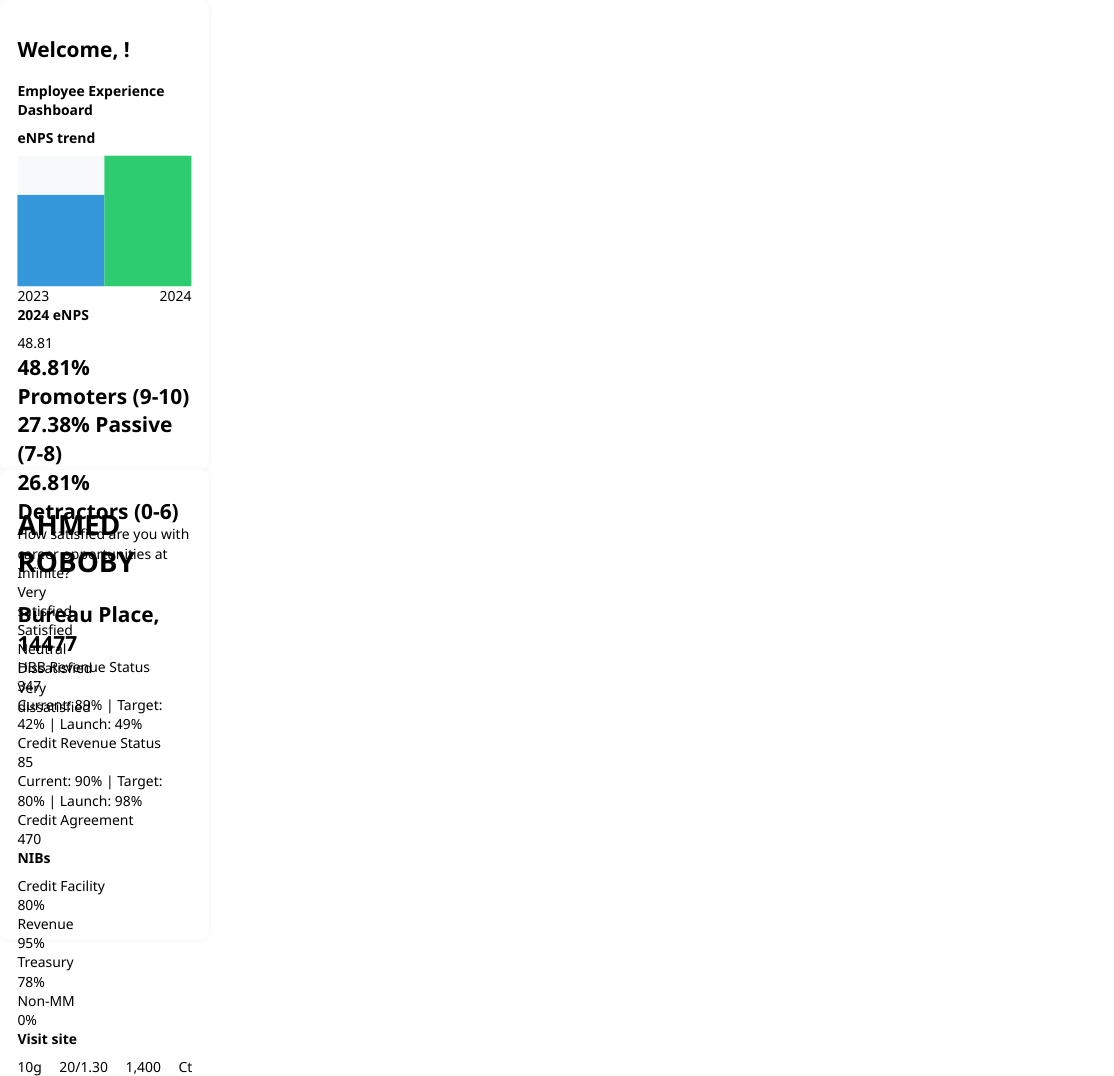
Repository: Ramaryal33/Airline-Management-System
Page: http://localhost/Airline_Management_System/WEB-INF/page/staffDashboard.jsp
The author's editor kept a copy of each file at every save. The page is drawn from the files as they stood at one save, then again after the next save.
The browser window is 1280 px wide. The pictures show the whole page, at 87% of full size.
The page is served by Tomcat 10. Nobody is signed in. Other server files are loaded and not shown. The template is opened directly, without the code that normally fills it, so the values that code supplies are empty.

Above is the page before, as saved 2025-05-02 00:06:17.

### Airline_Management_System/src/main/webapp/WEB-INF/page/staffDashboard.jsp
<%@ page language="java" contentType="text/html; charset=UTF-8" pageEncoding="UTF-8"%>
<!DOCTYPE html>
<html>
<head>
    <meta charset="UTF-8">
    <title>Staff Dashboard</title>
   <link rel="stylesheet" href="${pageContext.request.contextPath}/css/staff.css">
</head>
<body>
    <div class="dashboard-container">
        <!-- Employee Experience Section -->
        <div class="card">
        <h2>Welcome, ${user.fullName}!</h2>
            <h3>Employee Experience Dashboard</h3>

            <div class="metric">
                <h3>eNPS trend</h3>
                <!-- Chart would go here in a real implementation -->
                <div style="height: 150px; background-color: #f8f9fa; display: flex; align-items: flex-end;">
                    <div style="width: 50%; height: 70%; background-color: #3498db;"></div>
                    <div style="width: 50%; height: 100%; background-color: #2ecc71;"></div>
                </div>
                <div style="display: flex; justify-content: space-between;">
                    <span>2023</span>
                    <span>2024</span>
                </div>
            </div>

            <div class="metric">
                <h3>2024 eNPS</h3>
                <div class="metric-value">48.81</div>
                <div class="progress-bar">
                    <div class="progress" style="width: 48.81%"></div>
                </div>
                <p>48.81% Promoters (9-10)</p>
                <p>27.38% Passive (7-8)</p>
                <p>26.81% Detractors (0-6)</p>
            </div>

            <div class="satisfaction-item">
                <div class="satisfaction-question">How satisfied are you with career opportunities at Infinite?</div>
                <div class="satisfaction-options">
                    <div class="satisfaction-option">Very<br>satisfied</div>
                    <div class="satisfaction-option">Satisfied</div>
                    <div class="satisfaction-option">Neutral</div>
                    <div class="satisfaction-option">Dissatisfied</div>
                    <div class="satisfaction-option">Very<br>dissatisfied</div>
                </div>
                <!-- Chart would go here -->
                <div style="height: 100px; background-color: #f8f9fa; margin-top: 10px;"></div>
            </div>
        </div>

        <!-- Employee Profile Section -->
        <div class="card">
            <div class="profile-header">
                <h1>AHMED ROBOBY</h1>
            </div>
            <p>Bureau Place, 14477</p>

            <div class="metric">
                <div class="metric-title">HBB Revenue Status</div>
                <div class="metric-value">347</div>
                <div>Current: 89% | Target: 42% | Launch: 49%</div>
            </div>

            <div class="metric">
                <div class="metric-title">Credit Revenue Status</div>
                <div class="metric-value">85</div>
                <div>Current: 90% | Target: 80% | Launch: 98%</div>
            </div>

            <div class="metric">
                <div class="metric-title">Credit Agreement</div>
                <div class="metric-value">470</div>
            </div>

            <h3>NIBs</h3>
            <div class="nibs-container">
                <div class="nibs-item">
                    <div>Credit Facility</div>
                    <div class="nibs-percentage">80%</div>
                </div>
                <div class="nibs-item">
                    <div>Revenue</div>
                    <div class="nibs-percentage">95%</div>
                </div>
                <div class="nibs-item">
                    <div>Treasury</div>
                    <div class="nibs-percentage">78%</div>
                </div>
                <div class="nibs-item">
                    <div>Non-MM</div>
                    <div class="nibs-percentage">0%</div>
                </div>
            </div>

            <h3>Visit site</h3>
            <div style="display: flex; gap: 20px;">
                <div>10g</div>
                <div>20/1.30</div>
                <div>1,400</div>
                <div>Ct</div>
            </div>
        </div>
    </div>
</body>
</html>

### Airline_Management_System/src/main/webapp/css/staff.css
body {
    margin: 0;
    font-family: 'Segoe UI', sans-serif;
    display: flex;
}

.sidebar {
    background-color: #0047AB; /* Blue background */
    color: white;
    width: 220px;
    height: 100vh;
    padding: 20px;
    box-sizing: border-box;
}

.sidebar h2 {
    margin-top: 0;
    font-size: 22px;
    margin-bottom: 40px;
    font-weight: bold;

}

.sidebar ul {
    list-style-type: none;
    padding: 0;
}

.sidebar ul li {
    margin: 20px 0;
}

.sidebar ul li a {
    text-decoration: none;
    color: white;
    font-size: 16px;
}

.main-content {
    flex-grow: 1;
    background-color: #f8f9fa;
    padding: 40px;
}

.main-content h1 {
    font-size: 28px;
    margin-bottom: 10px;
}

.main-content h2 {
    font-weight: normal;
    font-size: 20px;
    color: #666;
    margin-bottom: 30px;
}

.cards {
    display: flex;
    gap: 20px;
    margin-bottom: 30px;
    flex-wrap: wrap;
}

.card {
    background-color: white;
    padding: 20px;
    border-radius: 10px;
    width: 200px;
    height:500px;
    box-shadow: 0 0 8px rgba(0,0,0,0.05);
}

.card h3 {
    font-size: 16px;
    margin: 0 0 10px;
}

.card p {
    font-size: 24px;
    font-weight: bold;
    margin: 0;
}

.chart {
    margin-top: 20px;

}

.bar, .pie {
    height: 300px;
    background-color: #e1e1e1;
    border-radius: 10px;
    margin-bottom: 20px;
    width: 400px;
}

After the next save:
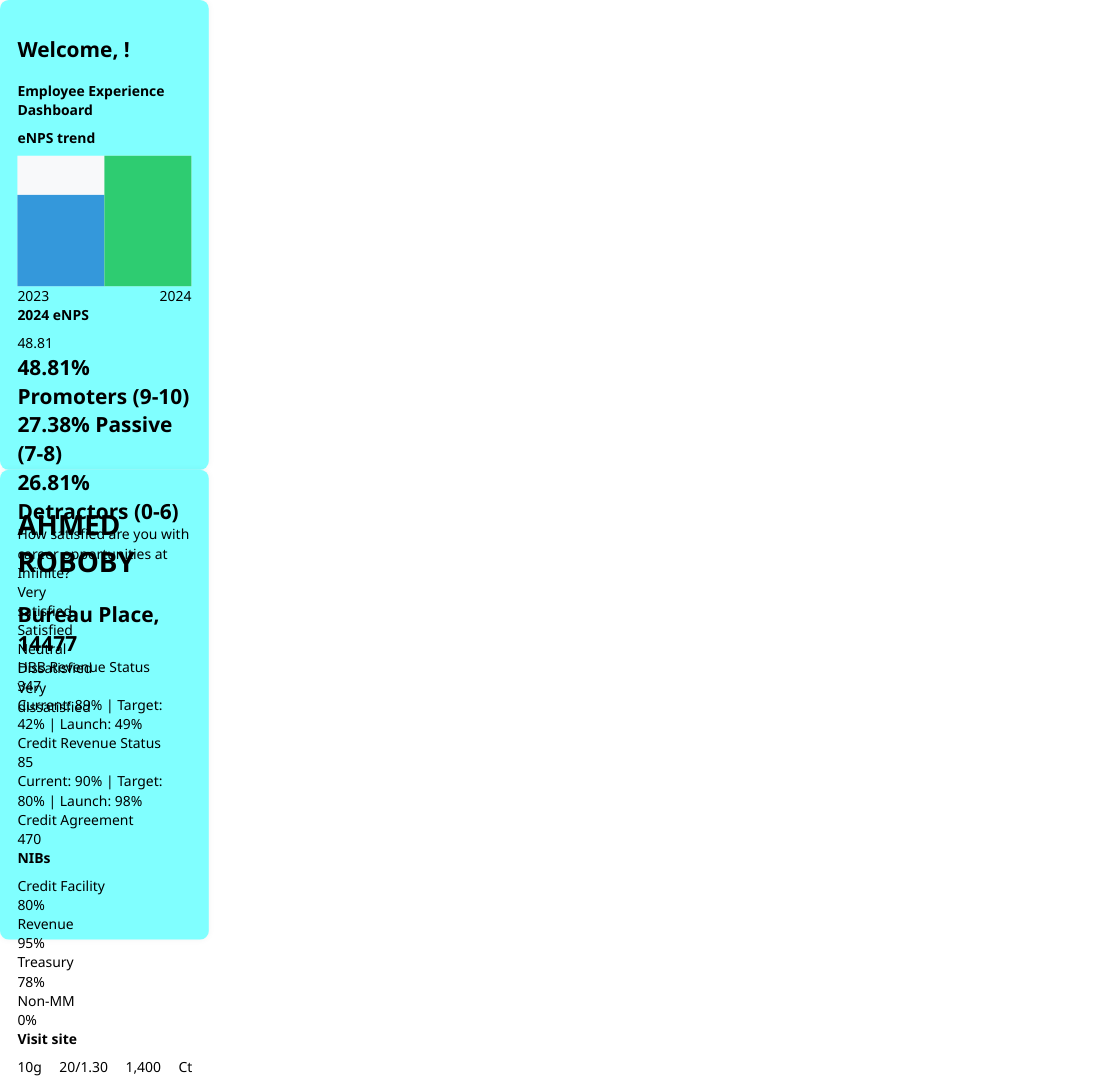
Saved 34 s later.
--- a/Airline_Management_System/src/main/webapp/css/staff.css
+++ b/Airline_Management_System/src/main/webapp/css/staff.css
@@ -62,7 +62,7 @@ body {
 }
 
 .card {
-    background-color: white;
+    background-color: rgb(128, 255, 255);
     padding: 20px;
     border-radius: 10px;
     width: 200px;
